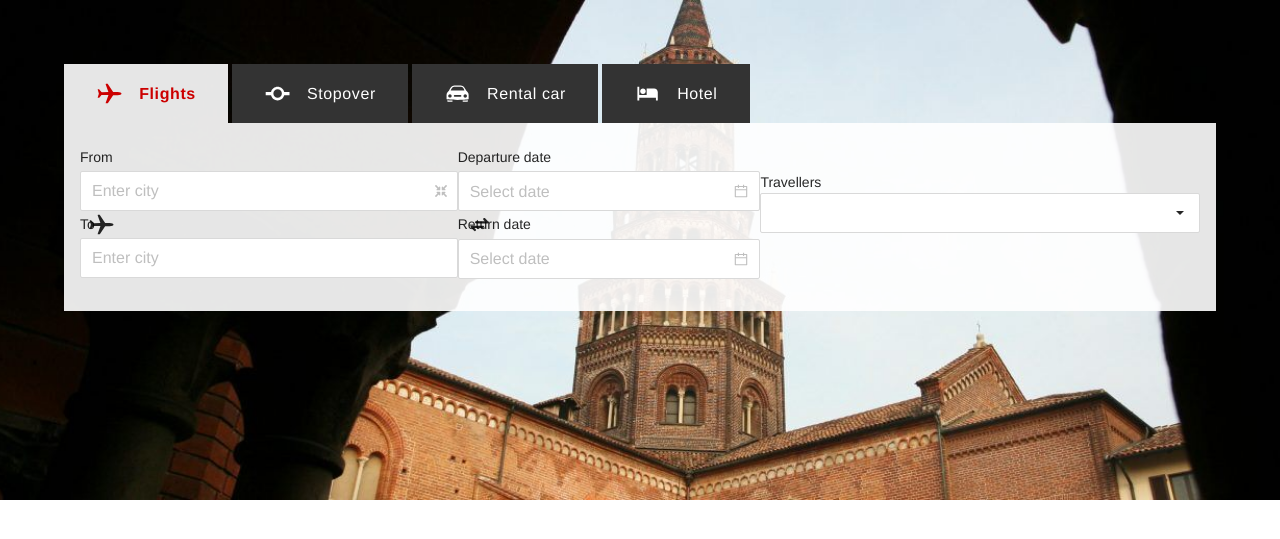
Repository: guidogr95/Everymundo-Excercise
Page: /
An editor plug-in stored every save of this project. The page is shown before and after the next save, followed by the edit.
The browser window is 1280 px wide. The pictures show the whole page.
The project was rebuilt for these pictures with package versions that can differ from the ones it lists, and the page was loaded fresh each time. Also part of the build but not shown: src/components/CustomSpin/customspin.scss.

Above is the page before, as saved 2021-07-01 20:38:29.

### src/index.jsx
import React from 'react';
import ReactDOM from 'react-dom';
import App from './App';
import reportWebVitals from './reportWebVitals';
// redux
import { createStore } from 'redux'
import { Provider } from 'react-redux'
import { flightReducer } from 'src/redux/reducers/flightReducer'
const store = createStore(flightReducer)

ReactDOM.render(
  <React.StrictMode>
    <Provider store={store}>
      <App />
    </Provider>
  </React.StrictMode>,
  document.getElementById('root')
);

// If you want to start measuring performance in your app, pass a function
// to log results (for example: reportWebVitals(console.log))
// or send to an analytics endpoint. Learn more: https://bit.ly/CRA-vitals
reportWebVitals();

### src/App.jsx
// utils
import {
  QueryClient,
  QueryClientProvider,
} from 'react-query'
// styles
import 'antd/dist/antd.css';
import './app.scss';
// components
import BookingMask from 'src/components/BookingMask'

const queryClient = new QueryClient({
  defaultOptions: {
    queries: {
      refetchOnWindowFocus: false,
    },
  },
})

function App() {
  return (
    <QueryClientProvider client={queryClient}>
      <div className="App">
        <div className="flightmanager-container container" >
          <BookingMask />
        </div>
      </div>
    </QueryClientProvider>
  );
}

export default App;

### src/redux/reducers/flightReducer.js
const initialState = {
    geo: {
      origin: '',
      desination: ''
    },
    date: {
      departure: '',
      toReturn: '',
    },
    passengers: {
      adults: 1,
      children: 0,
      infants: 0
    }
}

export const flightReducer = (state = initialState, action) => {
  switch(action.type){
    case '@geo/update-origin':
      return {
          ...state,
          geo: {
          ...state.geo,
          origin: action.payload
        }
      }
    case '@geo/update-destination':
      return {
          ...state,
          geo: {
          ...state.geo,
          destination: action.payload
        }
      }
    case '@date/update-departure':
      return {
          ...state,
          date: {
          ...state.date,
          departure: action.payload
        }
      }
    case '@date/update-to-return':
      return {
          ...state,
          date: {
          ...state.date,
          toReturn: action.payload
        }
      }
    case '@passengers/update-adults--add':
      return {
          ...state,
          passengers: {
          ...state.passengers,
          adults: returnPlusOne(state.passengers.adults)
        }
      }
    case '@passengers/update-adults--subtract':
      return {
          ...state,
          passengers: {
          ...state.passengers,
          adults: state.passengers.adults > 0 ? returnMinusOne(state.passengers.adults) : 0
        }
      }
      case '@passengers/update-children--add':
        return {
          ...state,
          passengers: {
            ...state.passengers,
            children: returnPlusOne(state.passengers.children)
          }
        }
      case '@passengers/update-children--subtract':
        return {
            ...state,
            passengers: {
            ...state.passengers,
            children: state.passengers.children > 0 ? returnMinusOne(state.passengers.children) : 0
          }
        }
      case '@passengers/update-infants--add':
        return {
          ...state,
          passengers: {
            ...state.passengers,
            infants: returnPlusOne(state.passengers.infants)
          }
        }
      case '@passengers/update-infants--subtract':
        return {
            ...state,
            passengers: {
            ...state.passengers,
            infants: state.passengers.infants > 0 ? returnMinusOne(state.passengers.infants) : 0
          }
        }
    default:
      return state;
  }
}

// helpers
const returnPlusOne = (val) => val + 1
const returnMinusOne = (val) => val - 1

// action creators
// @geo
export const geoUpdateOrigin = (payload) => {
  return {
    type: '@geo/update-origin',
    payload
  }
}
export const geoUpdateDestination = (payload) => {
  return {
    type: '@geo/update-destination',
    payload
  }
}
// @date
export const dateUpdateDeparture = (payload) => {
  return {
    type: '@date/update-departure',
    payload
  }
}
export const dateUpdateToReturn = (payload) => {
  return {
    type: '@date/update-to-return',
    payload
  }
}
// @passengers
export const passUpdateAddAdults = () => {
  return {
    type: '@passengers/update-adults--add'
  }
}
export const passUpdateSubtractAdults = () => {
  return {
    type: '@passengers/update-adults--subtract'
  }
}
export const passUpdateAddChildren = () => {
  return {
    type: '@passengers/update-children--add'
  }
}
export const passUpdateSubtractChildren = () => {
  return {
    type: '@passengers/update-children--subtract'
  }
}
export const passUpdateAddInfants = () => {
  return {
    type: '@passengers/update-infants--add'
  }
}
export const passUpdateSubtractInfants = () => {
  return {
    type: '@passengers/update-infants--subtract'
  }
}

### src/app.scss
@import 'styles/global';

.App {
  .container {
    width: $desktop-maxwidth;
    max-width: 100%;
  }
  .flightmanager-container {
    background: url('./assets/images/bg.jpg');
    background-size: cover;
    background-position: center;
    min-height: 500px;
    margin: auto;
    padding: 4rem;
  }
}

### src/components/BookingMask/index.jsx
import { useState } from 'react'
// styles
import './bookingmask.scss'
// assets
import { IoIosAirplane, IoMdGitCommit, IoIosCar, IoMdBed } from 'react-icons/io'
// components
import EmptyTab from './EmptyTab'
import FlightsTab from './FlightsTab'

const BookingMask = () => {
  const tabs = [
    {
      name: 'Flights',
      icon: <IoIosAirplane />,
      component: <FlightsTab />
    },
    {
      name: 'Stopover',
      icon: <IoMdGitCommit />,
      component: <EmptyTab />
    },
    {
      name: 'Rental car',
      icon: <IoIosCar />,
      component: <EmptyTab />
    },
    {
      name: 'Hotel',
      icon: <IoMdBed />,
      component: <EmptyTab />
    }
  ]

  const [activeTab, setActiveTab] = useState(tabs[0].name)
  const handleTab = name => setActiveTab(name)

  return (
    <section className="bookingmask" >
      <ul className="bookingmask__nav" >
        {tabs.map(tab =>
          <button
            className={activeTab === tab.name ? 'active' : ''}
            onClick={() => handleTab(tab.name)}
            key={tab.name}
          >
            {tab.icon}<span>{tab.name}</span>
          </button>
        )}
      </ul>
      <div className="bookingmask__tabs-wrapper" >
          {tabs.map(tab =>
            <div
              key={tab.name}
              className={`bookingmask__tab${activeTab === tab.name ? ' active' : ''}`}
            >
              {tab.component}
            </div>
          )}
      </div>
    </section>
  )
}

export default BookingMask

### src/styles/_global.scss
@import 'variables';
@import 'mixins';

html,
body {
  position: relative;
  padding: 0;
  margin: 0;
  font-family: $font-family;
  -webkit-text-size-adjust: 100%;
  -webkit-font-smoothing: auto;
  -moz-font-smoothing: auto;
  -moz-osx-font-smoothing: auto;
  --antd-wave-shadow-color: #c00;
}
* {
  box-sizing: border-box;
}
ul {
  margin: 0;
  padding: 0;
}
button {
  border: none;
  cursor: pointer;
}
.ant-select {
  min-width: 250px;
}
.ant-select:not(.ant-select-disabled):hover .ant-select-selector,
.ant-select-focused:not(.ant-select-disabled).ant-select:not(.ant-select-customize-input) .ant-select-selector,
.ant-picker-focused,
.ant-picker-cell-in-view.ant-picker-cell-today .ant-picker-cell-inner::before,
.ant-picker:hover, .ant-picker-focused {
  border-color: $color-red !important;
}
.ant-picker-today-btn {
  color: $color-red !important;
}
body::-moz-selection,
body::selection {
  color: $color-red !important;
  background: $color-red !important;
}

### src/styles/_variables.scss
// measurements
$desktop-maxwidth: 90rem;
// colors
$color-red: #c00;
$color-gray: #333333;
$color-white: #fff;
// fonts
// font-family
$font-family: SwissText,Helvetica,Arial,sans-serif,LufthansaMamSymbolText;
// font-weight
$font-weight-medium: 700;
$font-weight-small: 300;
// font-size
$font-size-normal: 1rem;
$font-size-large: 1.7rem;
// line height
$line-height-medium: 2.2rem;
// letter spacing
$letter-spacing-small: .6px;

// tab variables
// colors
$color-active-tab-bg: hsla(0,0%,100%,.9);
// padding
$padding-tab-link: 1rem 2rem;
$padding-tab-content: 3rem 1rem 2rem 1rem;
// margin
$margin-tab-link: 0 0 0 .25rem;

### src/styles/_mixins.scss
// MIXINS
@mixin breakpoint($point) {
  @media (max-width: $point) {
    @content;
  }
}

### src/components/BookingMask/bookingmask.scss
@import '/src/styles/variables';
.bookingmask {
  &__nav {
    list-style: none;
    button {
      &:not(:first-of-type) {
        margin: $margin-tab-link;
      }
      color: $color-white;
      background: $color-gray;
      padding: $padding-tab-link;
      display: inline-flex;
      align-items: center;
      font-size: $font-size-normal;
      font-weight: $font-weight-small;
      letter-spacing: $letter-spacing-small;
      &.active {
        color: $color-red;
        font-weight: $font-weight-medium;
        background-color: $color-active-tab-bg;
      }
      svg {
        margin-right: 1rem;
        font-size: $font-size-large;
      }
    }
  }
  &__tabs-wrapper {
    position: relative;
  }
  &__tab {
    position: absolute;
    top: 0;
    left: 0;
    right: 0;
    padding: $padding-tab-content;
    background-color: $color-active-tab-bg;
    display: none;
    &.active {
      display: block;
    }
  }
}

### src/components/BookingMask/EmptyTab/index.jsx
const EmptyTab = () => {
  return (
    <div>
      some more stuff
    </div>
  )
}

export default EmptyTab

### src/components/BookingMask/FlightsTab/index.jsx

// components
import AirportInputs from './AirportInputs'
import DateInputs from './DateInputs'
import PassengersInput from './PassengersInput'

import './flightstab.scss'

export default function FlightsTab () {
  return (
    <div className="bookingmask__flight" >
      <AirportInputs/>
      <DateInputs/>
      <PassengersInput
        label="Travellers"
        id={"passInput"}
      />
    </div>
  )
}

### src/components/BookingMask/FlightsTab/AirportInputs/index.jsx
// assets
import { IoIosAirplane } from 'react-icons/io'
import { FaCompressArrowsAlt } from 'react-icons/fa'
// components
import AirportInput from './AirportInput'
// redux
import { useDispatch, useSelector } from 'react-redux'
import { geoUpdateOrigin, geoUpdateDestination } from 'src/redux/reducers/flightReducer'

export default function AirportInputs () {
  const state = useSelector(state => state.geo)
  const dispatch = useDispatch()
  const { origin, destination } = state

  return (
    <div className="bookingmask__flight--geo inputs-wrapper" >
      <AirportInput
        label="From"
        value={origin}
        setValue={(v) => dispatch(geoUpdateOrigin(v))}
        placeholder="Enter city"
        id="fromInput"
        showArrow={true}
        suffixIcon={<FaCompressArrowsAlt/>}
        />
      <span className="separator" >
        <IoIosAirplane/>
      </span>
      <AirportInput
        label="To"
        value={destination}
        setValue={(v) => dispatch(geoUpdateDestination(v))}
        placeholder="Enter city"
        id="toInput"
        showArrow={false}
      />
    </div>
  )
}

### src/components/BookingMask/FlightsTab/DateInputs/index.jsx
// assets
import { CgArrowsExchange } from 'react-icons/cg'
// components
import DateInput from './DateInput'
// redux
import { useDispatch } from 'react-redux'
import { dateUpdateDeparture, dateUpdateToReturn } from 'src/redux/reducers/flightReducer'

export default function DateInputs () {
  const dispatch = useDispatch()
  return (
    <div className="bookingmask__flight--date inputs-wrapper" >
      <DateInput
          label="Departure date"
          id="depInput"
          setValue={(v) => dispatch(dateUpdateDeparture(v))}
      />
      <span className="separator" >
        <CgArrowsExchange/>
      </span>
      <DateInput
          label="Return date"
          id="returnInput"
          setValue={(v) => dispatch(dateUpdateToReturn(v))}
      />
    </div>
  )
}

### src/components/BookingMask/FlightsTab/PassengersInput/index.jsx
// utils
import { Input } from 'antd'
// assets
import { IoMdArrowDropdown } from 'react-icons/io'

export default function PassengersInput ({ label, id }) {
  return (
    <div className="bookingmask__flight--pass inputs-wrapper" >
      { label && <label htmlFor={id} >{label}</label>}
      <Input
        suffix={<IoMdArrowDropdown/>}
        id={id}
        size="large"
      />
    </div>
  )
}

### src/components/BookingMask/FlightsTab/flightstab.scss
@import '/src/styles/variables';
.bookingmask__flight {
  display: grid;
  grid-template-columns: repeat(3, auto);
  .separator {
    display: flex;
    align-items: center;
    font-size: $font-size-large;
    padding: 0 .5rem;
  }
  .input-wrapper {
    display: flex;
    align-items: flex-end;
  }
}

### src/components/BookingMask/FlightsTab/AirportInputs/AirportInput/index.jsx
import { useCallback, useState, useMemo } from 'react'
// utils
import throttle from 'lodash/throttle'
import { Select } from 'antd'
// api
import { fetchAirports } from 'src/api/fetchers'
// components
import CustomSpin from 'src/components/CustomSpin'

import './airportinput.scss'

const { Option } = Select

const AirportInput = ({ placeholder, showArrow, suffixIcon, label, id , value, setValue }) => {

  const [isLoading, setIsLoading] = useState(false)
  const [data, setData] = useState([])

  const throttledFetch = useMemo(
    () =>
      throttle(val => {
        fetchAirports(val)
        .then((res) => setData(res.data || []))
        .catch(() => setData([]))
        .finally(() => {
          setIsLoading(false)
        })
      }, 2000),
    []
  )
  const handleSelect = useCallback(
    val => {
      setIsLoading(true)
      const innerVal = val || ''
      setValue(innerVal)
      // fetching api accepts a min of 3 letters for search
      if (innerVal.length <= 2) {
        setData([])
        setIsLoading(false)
      } else {
        throttledFetch(val)
      }
    },
    [throttledFetch, setValue]
  )

  return (
    <div className="airportinput__wrapper" >
      {label && <label htmlFor={id} >{label}</label>}
      <Select
        showSearch
        allowClear
        id={id}
        placeholder={placeholder || 'Enter city'}
        value={value || undefined}
        onSearch={handleSelect}
        onChange={(val) => setValue(val)}
        onClear={handleSelect}
        size='large'
        showArrow={showArrow}
        suffixIcon={suffixIcon}
        optionLabelProp='value'
        defaultActiveFirstOption={false}
        dropdownClassName="airportinput__dropdown"
        filterOption={false}
        notFoundContent={isLoading ? <CustomSpin size="medium"/> : null}
      >
        {data.length > 0
          ? data.map(airport =>
            <Option key={airport.iata} value={`${airport.city} - ${airport.iata}`} >
              <span>{airport.name}</span>
              <span>{airport.iata}</span>
              <span>{airport.country.name}</span>
            </Option>)
          : null
        }
      </Select>
    </div>
  )
}

export default AirportInput

### src/components/BookingMask/FlightsTab/DateInputs/DateInput/index.jsx
import { DatePicker } from 'antd'
import { useState } from 'react'

import './dateinput.scss'

const DateInput = ({ id, label, setValue }) => {
  const [dateObj, setDateObj] = useState('')
  const onChange = (date, dateString) => {
    setDateObj(date)
    setValue(dateString)
  }
  return (
    <div className="dateinput__wrapper" >
      {label && <label htmlFor={id} >{label}</label>}
      <DatePicker
        size="large"
        id={id}
        value={dateObj}
        onChange={onChange}
      />
    </div>
  )
}

export default DateInput

### src/api/fetchers.js
// utils
import axios from 'axios'

const apiUrl = 'https://airportnames.vercel.app/api'

const fetchAirports = (term) => axios.post(`${apiUrl}/getAirports`, { term })

export {
  fetchAirports
}

### src/components/CustomSpin/index.jsx
import { Spin } from 'antd'
import { LoadingOutlined } from '@ant-design/icons'

import './customspin.scss'

const antIcon = <LoadingOutlined className="customspin" spin />

const CustomSpin = (props) => <Spin indicator={antIcon} {...props} />

export default CustomSpin

### src/components/BookingMask/FlightsTab/AirportInputs/AirportInput/airportinput.scss
.airportinput__dropdown {
  .ant-select-item-empty {
    text-align: center;
  }
  .ant-select-item-option-content {
    display: flex;
    flex-direction: column;
    span:nth-of-type(2) {
      font-weight: bold;
    }
  }
}
.airportinput__wrapper {
  display: flex;
  flex-direction: column;
  position: relative;
  label {
    position: absolute;
    left: 0;
    bottom: calc(100% + .2rem);
  }
}

### src/components/BookingMask/FlightsTab/DateInputs/DateInput/dateinput.scss
.dateinput__wrapper {
  display: flex;
  flex-direction: column;
  position: relative;
  label {
    position: absolute;
    left: 0;
    bottom: calc(100% + .2rem);
  }
}

Loaded but not shown: public/index.html (common file); src/reportWebVitals.js (common file)

After the next save:
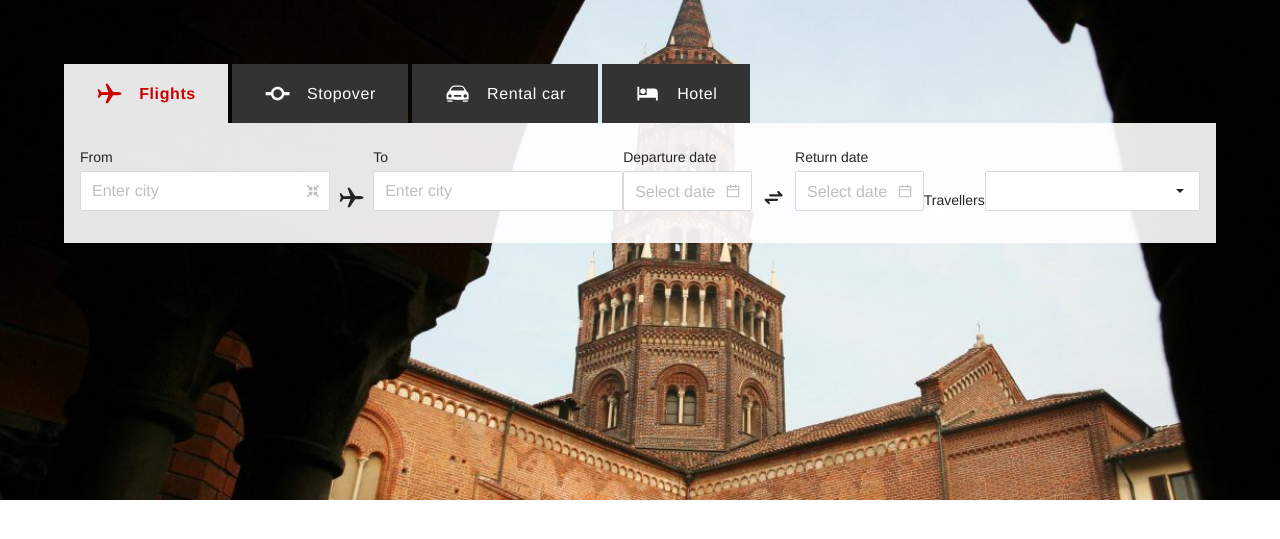
Saved 6 s later.
--- a/src/components/BookingMask/FlightsTab/flightstab.scss
+++ b/src/components/BookingMask/FlightsTab/flightstab.scss
@@ -8,7 +8,7 @@
     font-size: $font-size-large;
     padding: 0 .5rem;
   }
-  .input-wrapper {
+  .inputs-wrapper {
     display: flex;
     align-items: flex-end;
   }
